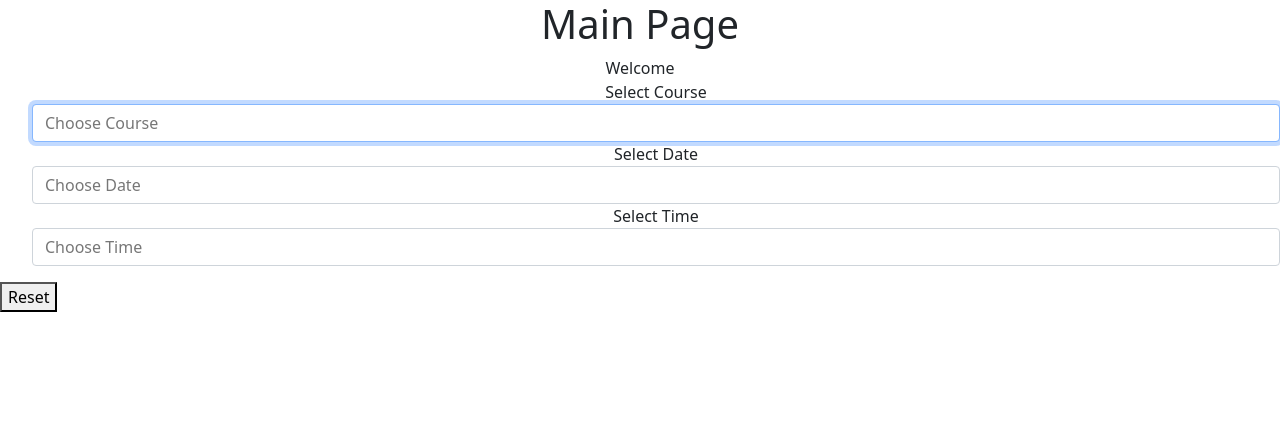
Repository: pranavrustogi/Equisym
Page: http://localhost/slot_home
The author's editor kept a copy of each file at every save. The page is drawn from the files as they stood at one save, then again after the next save.
The browser window is 1280 px wide. The pictures show the whole page.
The page is this project's Thymeleaf template; nobody is signed in. The template is opened directly, without the code that normally fills it, so the values that code supplies are empty.

Above is the page before, as saved 2022-06-20 17:59:11.

### Equisym/src/main/resources/templates/slot_home.html
<!DOCTYPE html>
<html xmlns:th="http://www.thymeLeaf.org"
xmlns:sec="http://www.thymeLeaf.org/thymeLeaf-extras-springsecurity3">
<head>
<meta charset="ISO-8859-1">
<title>Slot Home</title>
<link href="https://cdn.jsdelivr.net/npm/bootstrap@5.1.3/dist/css/bootstrap.min.css" rel="stylesheet" integrity="sha384-1BmE4kWBq78iYhFldvKuhfTAU6auU8tT94WrHftjDbrCEXSU1oBoqyl2QvZ6jIW3" crossorigin="anonymous">
</head>
<body>
	<div class= "container" align="center">
		<h1> Main Page</h1>
		Welcome <span sec:authentication="principal.username" >Users</span>
	</div>
	<div align="center">
		<ul>
			<li sec:authorize="isAuthenticated()"><a th:href="@{/logout}">Logout</a></li>
			<l1>
				<form  th:action="@{/slot_home}" method="post" class="form-wrap">

				<label>Select Course</label>

				<select style="color:#777" id="slotCourse" name = "slotCourse" class="form-control" required autofocus="autofocus"  th:onchange="this.form.submit()">
				<option value="">Choose Course</option>
				<option th:each="s2: ${scourse}" th:value="${s2}" th:text = "${s2}">
				</option>
				</select>
				<!-- input  type="submit" onclick="javascript: getValue();" class="btn2 " value="Proceed"/-->
				</form>
			</l1>
			<l1>
				<form th:action="@{/slot_home/course}" method="post" class="form-wrap">

				<label>Select Date</label>

				<select style="color:#777" id="slotdate" name = "slotdate" class="form-control" required autofocus="autofocus" th:onchange="this.form.submit()">
				<option value="">Choose Date </option>
				<option th:each="s2: ${sSlotDate}" th:value="${s2}" th:text = "${s2}">
				</option>
				</select>



				</form>
			</l1>
			<l1>
				<form th:action="@{/slot_home/time}" method="post" class="form-wrap">

				<label>Select Time</label>

				<select style="color:#777" id="slottime" name = "slottime" class="form-control" required autofocus="autofocus" th:onchange="this.form.submit()">
				<option value="">Choose Time</option>
				<option th:each="s2: ${sSlotTime}" th:value="${s2.id}" th:text = "${s2.timeIn} + ' till ' + ${s2.timeOut}">
				</option>
				</select>



				</form>
			</l1>


		</ul>
	</div>
	<button  type="submit" onclick="toggleText();" th:href="@{/slot_home}">
				Reset
				</button>
</body>
<script type="text/javascript">
					function getValue()
					{
						selectElement = document.querySelector('#slotCourse');
						return selectElement.value;
					}
				</script>


				<script>
				function toggleText(){
					  var x = document.getElementById("slotCourse");
					  if (x.style.display === "none") {
					    x.style.display = "block";
					  } else {
					    x.style.display = "none";
					  }
					}

				</script>

</html>

After the next save:
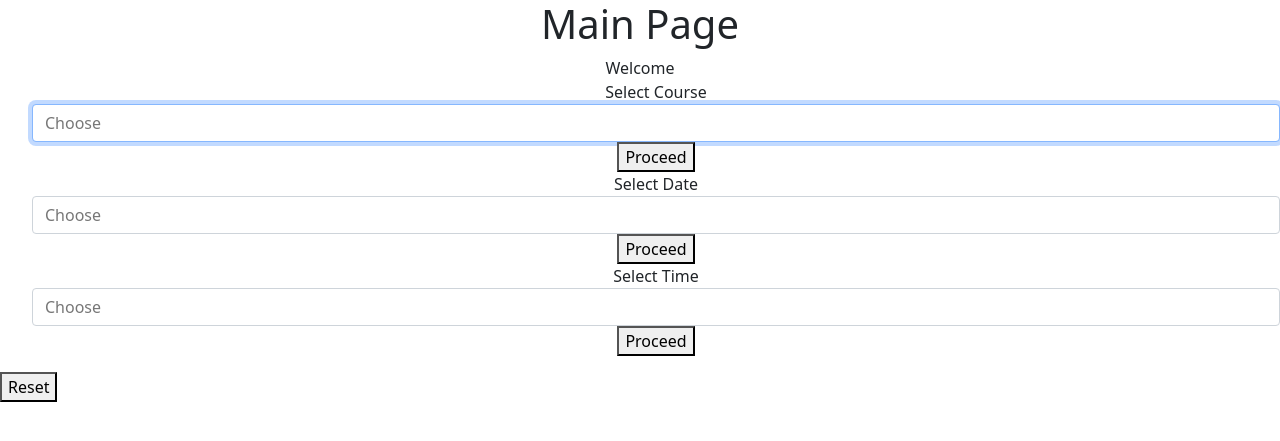
Saved 3 min 10 s later.
--- a/Equisym/src/main/resources/templates/slot_home.html
+++ b/Equisym/src/main/resources/templates/slot_home.html
@@ -14,7 +14,7 @@ xmlns:sec="http://www.thymeLeaf.org/thymeLeaf-extras-springsecurity3">
 	<div align="center">
 		<ul>
 			<li sec:authorize="isAuthenticated()"><a th:href="@{/logout}">Logout</a></li>
-			<l1>
+			<!--l1>
 				<form  th:action="@{/slot_home}" method="post" class="form-wrap">
 
 				<label>Select Course</label>
@@ -24,7 +24,7 @@ xmlns:sec="http://www.thymeLeaf.org/thymeLeaf-extras-springsecurity3">
 				<option th:each="s2: ${scourse}" th:value="${s2}" th:text = "${s2}">
 				</option>
 				</select>
-				<!-- input  type="submit" onclick="javascript: getValue();" class="btn2 " value="Proceed"/-->
+				<!-- input  type="submit" onclick="javascript: getValue();" class="btn2 " value="Proceed"/>
 				</form>
 			</l1>
 			<l1>
@@ -53,6 +53,58 @@ xmlns:sec="http://www.thymeLeaf.org/thymeLeaf-extras-springsecurity3">
 				</option>
 				</select>
 
+
+
+				</form>
+			</l1-->
+			<l1>
+				<form th:action="@{/slot_home/course}" method="post" class="form-wrap">
+
+				<label>Select Course</label>
+
+				<select style="color:#777" id="slotd" name = "slotd" class="form-control" required autofocus="autofocus" >
+				<option value="">Choose</option>
+				<option th:each="s2: ${scourse}" th:value="${s2}" th:text = "${s2}">
+				</option>
+				</select>
+				<!-- input  type="submit" onclick="javascript: getValue();" class="btn2 " value="Proceed"/-->
+				<button  type="submit" onclick="toggleText();">
+				Proceed
+				</button>
+
+
+				</form>
+			</l1>
+			<l1>
+				<form th:action="@{/slot_home/course}" method="post,get" class="form-wrap">
+
+				<label>Select Date</label>
+
+				<select style="color:#777" id="slotdate" name = "slotdate" class="form-control" required autofocus="autofocus" >
+				<option value="">Choose</option>
+				<option th:each="s2: ${sSlotDate}" th:value="${s2}" th:text = "${s2}">
+				</option>
+				</select>
+				<button  type="submit" onclick="toggleText();">
+				Proceed
+				</button>
+
+
+				</form>
+			</l1>
+			<l1>
+				<form th:action="@{/slot_home/time}" method="post" class="form-wrap">
+
+				<label>Select Time</label>
+
+				<select style="color:#777" id="slottime" name = "slottime" class="form-control" required autofocus="autofocus" >
+				<option value="">Choose</option>
+				<option th:each="s2: ${sSlotTime}" th:value="${s2.id}" th:text = "${s2.timeIn} + ' till ' + ${s2.timeOut}">
+				</option>
+				</select>
+				<button  type="submit" onclick="toggleText();" th:href="@{/slot_home/time}">
+				Proceed
+				</button>
 
 
 				</form>
